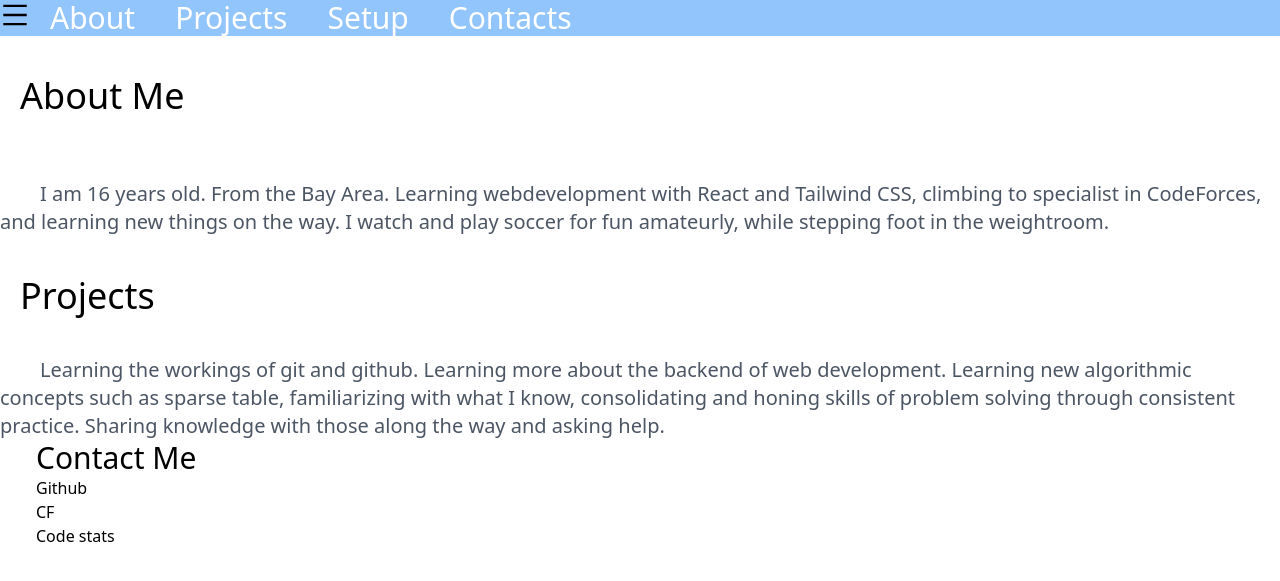
Repository: joshuayanggithub/joshua-yang-website
Page: /
The author's editor kept a copy of each file at every save. The page is drawn from the files as they stood at one save, then again after the next save.
The browser window is 1280 px wide. The pictures show the whole page.
The project was rebuilt for these pictures with package versions that can differ from the ones it lists, and the page was loaded fresh each time.

Above is the page before, as saved 2023-01-07 16:11:37.

### public/index.html
<!DOCTYPE html>
<html lang="en">
  <head>
    <meta charset="utf-8" />
    <link rel="icon" href="%PUBLIC_URL%/favicon.ico" />
    <meta name="viewport" content="width=device-width, initial-scale=1" />
    <meta name="theme-color" content="#000000" />
    <meta
      name="description"
      content="Web site created using create-react-app"
    />
    <link rel="apple-touch-icon" href="%PUBLIC_URL%/logo192.png" />
    <!--
      manifest.json provides metadata used when your web app is installed on a
      user's mobile device or desktop. See https://developers.google.com/web/fundamentals/web-app-manifest/
    -->
    <link rel="manifest" href="%PUBLIC_URL%/manifest.json" />
    <!--
      Notice the use of %PUBLIC_URL% in the tags above.
      It will be replaced with the URL of the `public` folder during the build.
      Only files inside the `public` folder can be referenced from the HTML.

      Unlike "/favicon.ico" or "favicon.ico", "%PUBLIC_URL%/favicon.ico" will
      work correctly both with client-side routing and a non-root public URL.
      Learn how to configure a non-root public URL by running `npm run build`.
    -->
    <title>Joshua Yang</title>
  </head>
  <body>
    <noscript>You need to enable JavaScript to run this app.</noscript>
    <div id="root"></div>
    <!--
      This HTML file is a template.
      If you open it directly in the browser, you will see an empty page.

      You can add webfonts, meta tags, or analytics to this file.
      The build step will place the bundled scripts into the <body> tag.

      To begin the development, run `npm start` or `yarn start`.
      To create a production bundle, use `npm run build` or `yarn build`.
    -->
  </body>
</html>

### src/App.js
import NavBar from "./components/NavBar";
import About from "./components/About";
import Contacts from "./components/Contacts";
import Setup from "./components/Setup";
import Projects from "./components/Projects";

function App() {
  return (
    <>
      <NavBar />
      <About />
      <Projects />
      <Setup />
      <Contacts />
    </>
  );
}

export default App;

### src/components/NavBar.jsx
import React from "react";
import {AiOutlineMenu} from 'react-icons/ai'

const NavBar = () => {
  const links = [
    {'id': 1, 'name': 'About'},
    {'id': 2, 'name': 'Projects'},
    {'id': 3, 'name': 'Setup'},
    {'id': 4, 'name': 'Contacts'}
  ]

  return (
    <div class="flex bg-blue-300">
      <div>
        <AiOutlineMenu size={30}></AiOutlineMenu>
      </div>

      <ul class="flex reverse-col">
        {
          links.map((links) =>
            <li>
              <a href='#About' class="flex text-3xl text-white px-5">{links.name}</a>
            </li>
          )
        }
      </ul>

    </div>
  );
};

export default NavBar;

### src/components/About.jsx
import React from 'react'

const About = () => {
  return (
    <div class="flex flex-col">
      <h1 class="text-black text-4xl float-left px-5 my-10">About Me</h1>
      <br></br>
      <p class="indent-10 text-gray-600 text-xl">I am 16 years old. From the Bay Area. Learning webdevelopment with React and Tailwind CSS, climbing to specialist in CodeForces, and learning new things on the way. I watch and play soccer for fun amateurly, while stepping foot in the weightroom. </p>
    </div>
  );
}

export default About

### src/components/Contacts.jsx
import React from 'react'

const Contacts = () => {
  return (
    <div class="flex flex-col mx-5 px-4">
      <h1 class="text-3xl">Contact Me</h1>
      <a href="https://github.com/joshuayanggithub">Github</a>
      <a href="https://codeforces.com/profile/JoshuaYang">CF</a>
      <a href="https://wakatime.com/@joshuayang">Code stats</a>
    </div>
  );
}

export default Contacts

### src/components/Setup.jsx
import React from 'react'

const Setup = () => {
  return (
    <div>

    </div>
  );
}

export default Setup

### src/components/Projects.jsx
import React from 'react'

const Projects = () => {
  return (
    <div class="flex flex-col">
      <h1 class="text-black text-4xl float-left px-5 my-10">Projects</h1>
      <p class="indent-10 text-gray-600 text-xl">
        Learning the workings of git and github. Learning more about the backend of web development. Learning new algorithmic concepts such as sparse table, familiarizing with what I know,  consolidating and honing skills of problem solving through consistent practice. Sharing knowledge with those along the way and asking help.
      </p>
    </div>
  );
}

export default Projects

### tailwind.config.js
/** @type {import('tailwindcss').Config} */
module.exports = {
  content: [
    "./src/components/*.{html,js,jsx}",
    "./src/**/*.{html,js,jsx}",
  ],
  theme: {
    extend: {},
  },
  plugins: [],
}

Loaded but not shown: src/index.js (common file); src/index.css (common file)

After the next save:
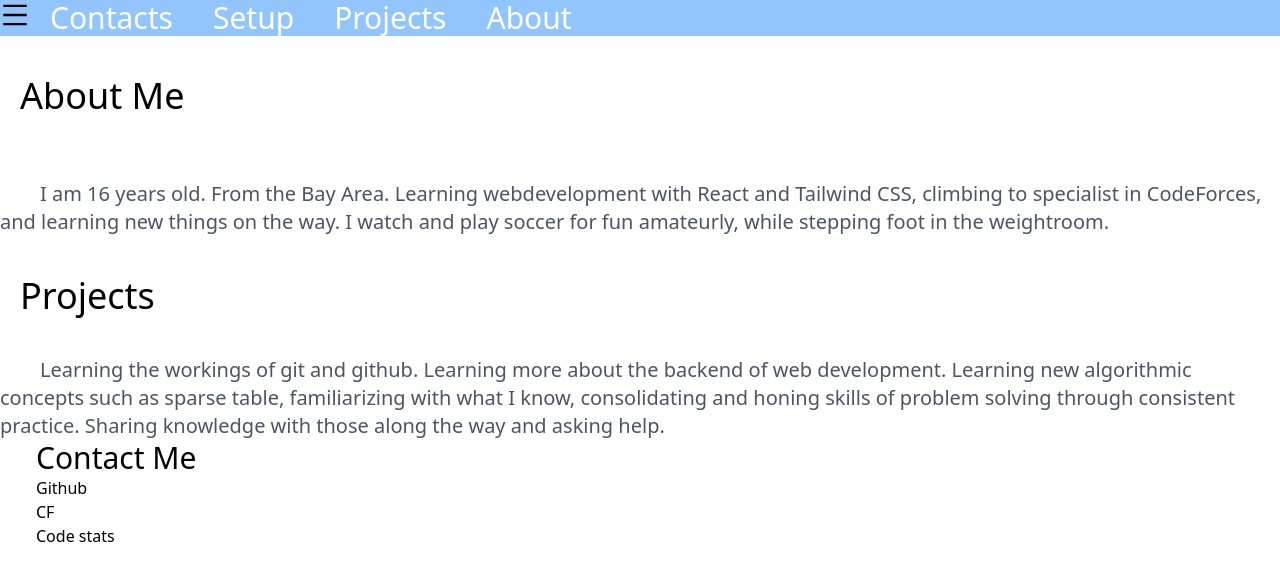
Saved 88 s later.
--- a/src/components/NavBar.jsx
+++ b/src/components/NavBar.jsx
@@ -15,7 +15,7 @@
         <AiOutlineMenu size={30}></AiOutlineMenu>
       </div>
 
-      <ul class="flex reverse-col">
+      <ul class="flex flex-row-reverse">
         {
           links.map((links) =>
             <li>

After the save that followed:
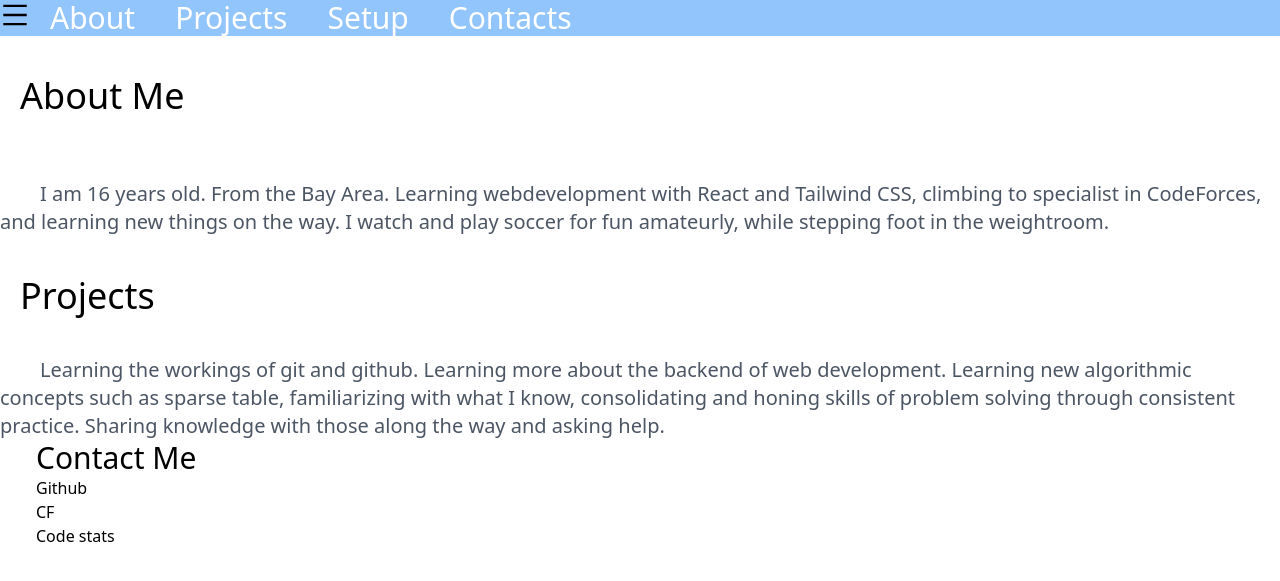
Saved 6 s later.
--- a/src/components/NavBar.jsx
+++ b/src/components/NavBar.jsx
@@ -15,7 +15,7 @@
         <AiOutlineMenu size={30}></AiOutlineMenu>
       </div>
 
-      <ul class="flex flex-row-reverse">
+      <ul class="flex flex-row">
         {
           links.map((links) =>
             <li>
